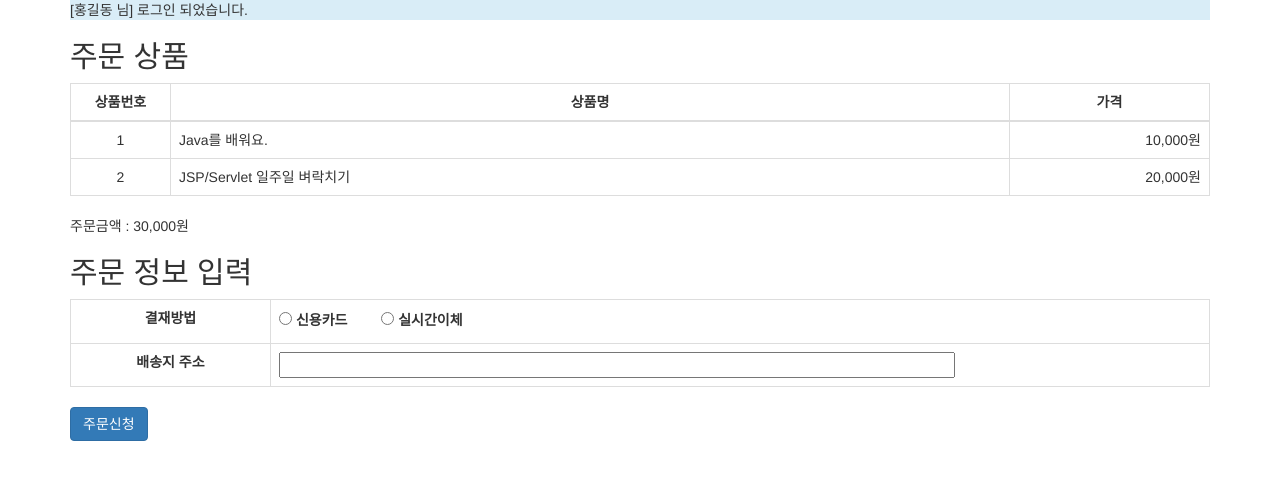
Repository: brotherdoor/shiba
Page: http://localhost/NBookShop_templete/orderForm.jsp
An editor plug-in stored every save of this project. The page is shown before and after the next save, followed by the edit.
The browser window is 1280 px wide. The pictures show the whole page.
The page is served by Tomcat 9.

Above is the page before, as saved 2017-02-24 03:20:20.

After the next save:
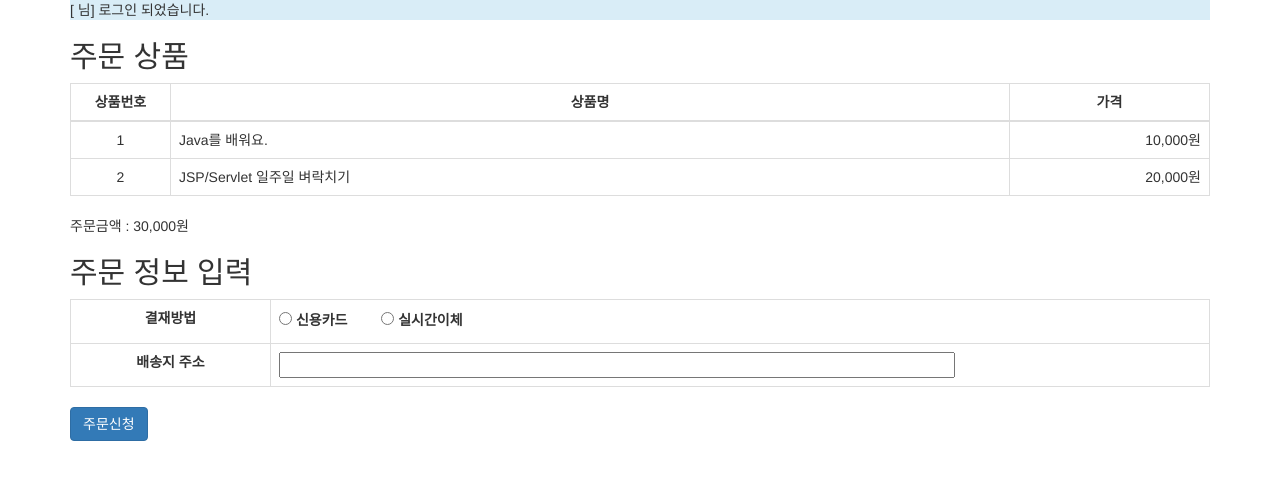
Saved 28 s later.
--- a/jsp/NBookShop_templete/WebContent/orderForm.jsp
+++ b/jsp/NBookShop_templete/WebContent/orderForm.jsp
@@ -12,7 +12,7 @@
 <body>
 <div class="container">
     <div class="desc">
-        <p class="bg-info">[홍길동 님] 로그인 되었습니다.</p>
+        <p class="bg-info">[${userId.name } 님] 로그인 되었습니다.</p>
     </div>
     <article>
         <h2>주문 상품</h2>
